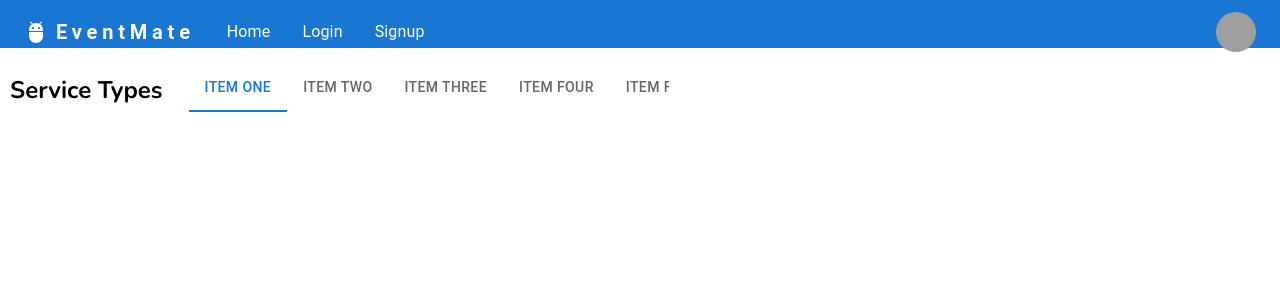
Repository: Farida-Yeasmin-Mim/EventMate_Frontend
Page: /filterpage
The author's editor kept a copy of each file at every save. The page is drawn from the files as they stood at one save, then again after the next save.
The browser window is 1280 px wide. The pictures show the whole page.
Pictures or frames that could not be fetched are drawn as grey boxes. The page's requests for data from a server got no answer. The project was rebuilt for these pictures with package versions that can differ from the ones it lists, and the page was loaded fresh each time. No one was signed in, and anything a server would have sent is missing. Also part of the build but not shown: src/components/PostRequest.js, src/pages/auth/Login.js, src/components/seletionTextField/selectGender.js, src/pages/auth/Signup.js, src/components/vendor/RegVendor.js, src/components/offer.js, src/components/productcategories.js, src/components/icontabs.js and 15 more.

Above is the page before, as saved 2022-08-16 17:48:37.

After the next save:
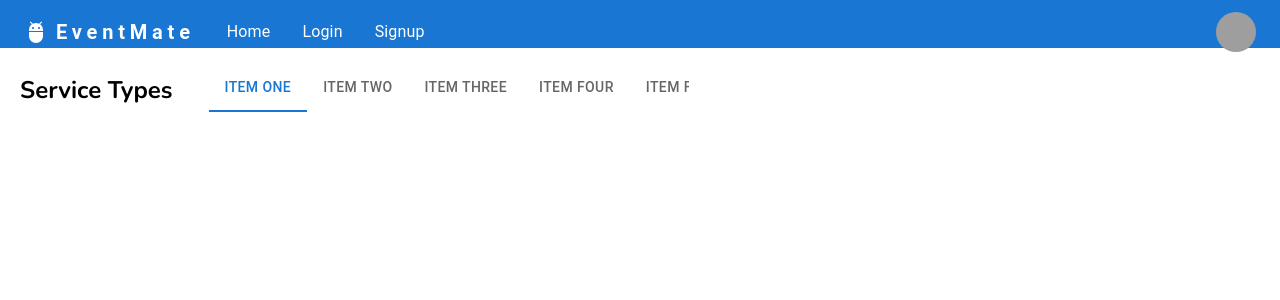
Saved 10 s later.
--- a/src/components/event/filter/FilterPage.js
+++ b/src/components/event/filter/FilterPage.js
@@ -45,7 +45,7 @@ export default function ScrollableTabsButtonAuto() {
     return (
         <Grid container spacing={2} style={{ background: '#fff' }}>
             <Grid item>
-                <h2 style={{ color: "#000", textAlign: "center", padding: "10px 10px", background: '#fff' }}>Service Types</h2>
+                <h2 style={{ color: "#000", textAlign: "center", padding: "10px 20px", background: '#fff' }}>Service Types</h2>
 
             </Grid>
             <Grid item>
